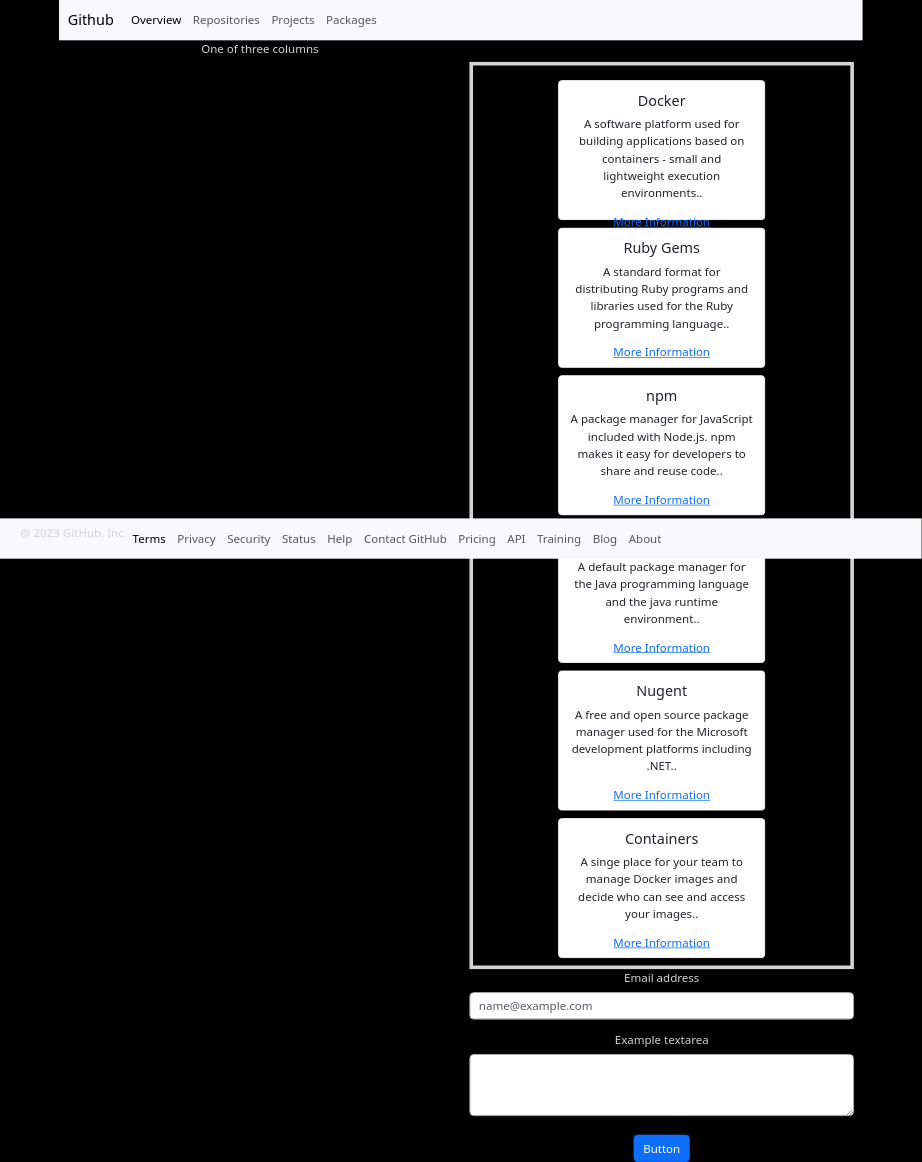
Repository: nss-evening-cohort-E23/gitsub-pull-request-posse
Page: packages.html
The author's editor kept a copy of each file at every save. The page is drawn from the files as they stood at one save, then again after a run of saves.
The browser window is 1280 px wide. The pictures show the whole page, at 72% of full size.

Above is the page before, as saved 2023-05-09 18:54:54.

After the next 4 saves:
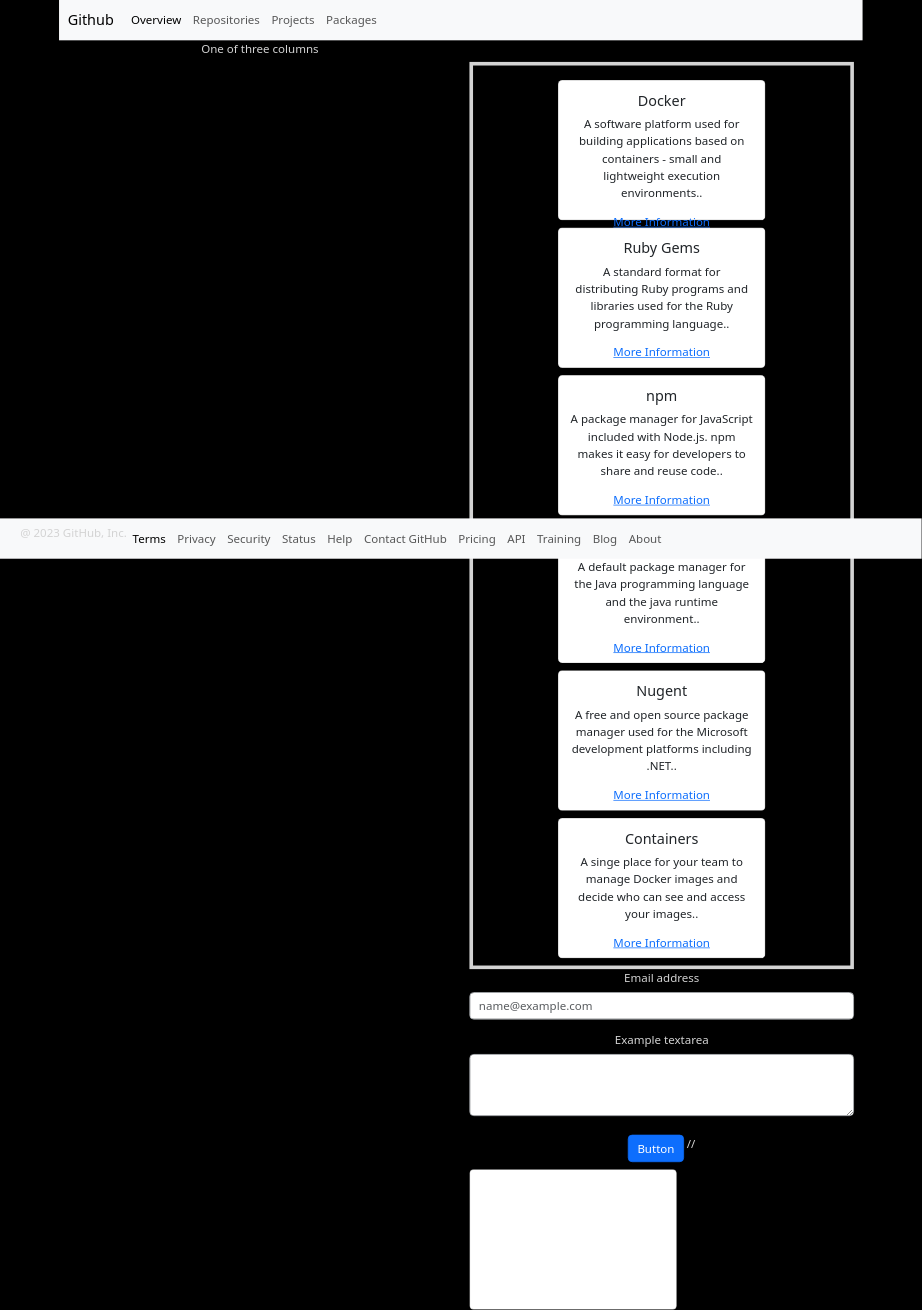
The 4 saves are shown as one change because they came seconds apart.
The last was saved 32 s later.
--- a/packages.html
+++ b/packages.html
@@ -47,7 +47,9 @@
         <textarea class="form-control" id="exampleFormControlTextarea1" rows="3"></textarea>
       </div>
         <button class="btn btn-primary" type="submit" id="newSubmit">Button</button>
-      </div></div>
+        // <div class="card" style="width: 18rem;">
+      </div>
+    </div>
     </div>
   </div>
 </div>

After the 3 saves that followed:
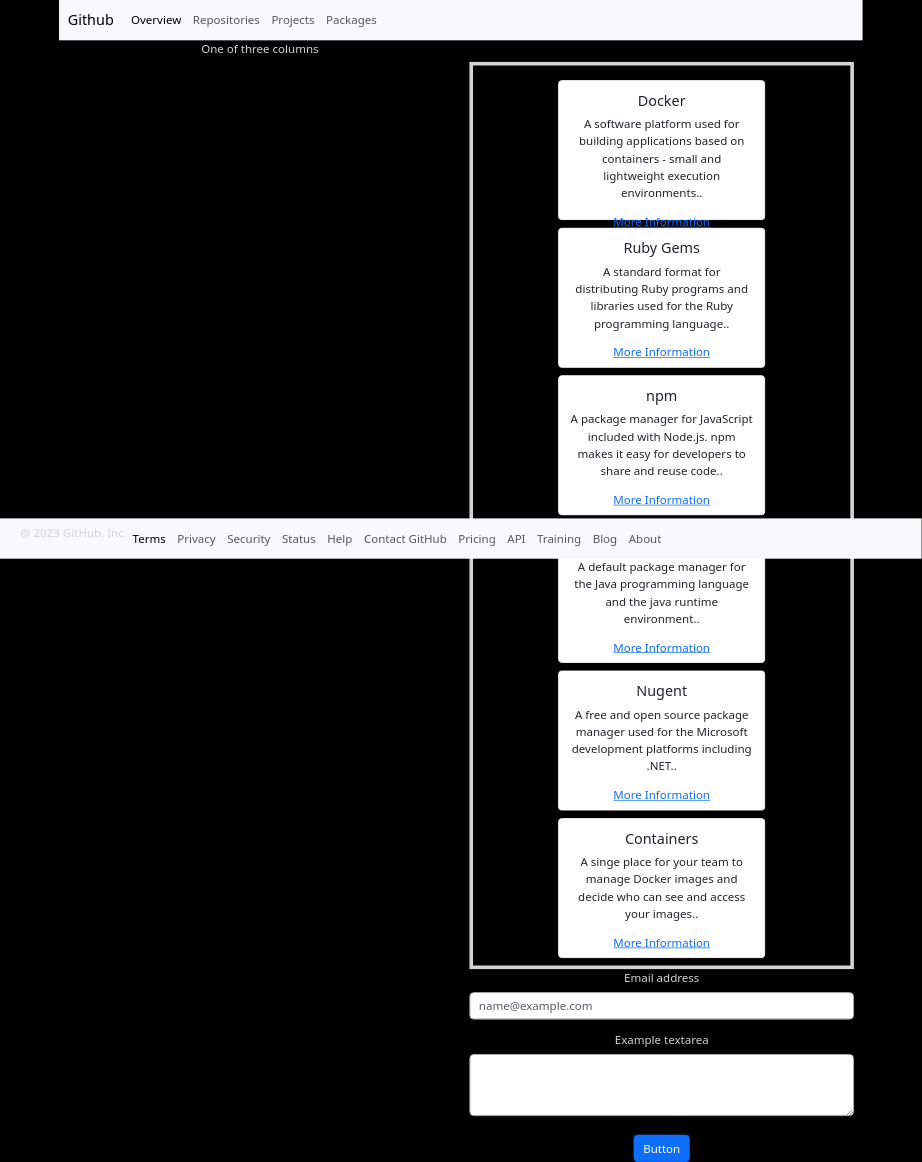
The 3 saves are shown as one change because they came seconds apart.
The last was saved 12 s later.
--- a/packages.html
+++ b/packages.html
@@ -47,7 +47,7 @@
         <textarea class="form-control" id="exampleFormControlTextarea1" rows="3"></textarea>
       </div>
         <button class="btn btn-primary" type="submit" id="newSubmit">Button</button>
-        // <div class="card" style="width: 18rem;">
+    </div>
       </div>
     </div>
     </div>
